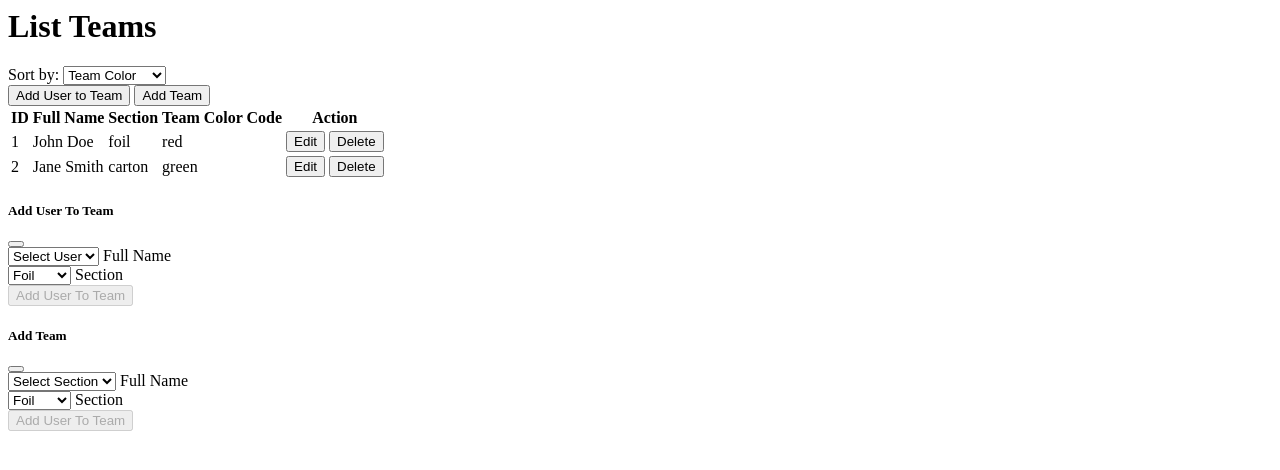
Repository: Daigtas/Shiftman
Page: partials/list-teams.html
An editor plug-in stored every save of this project. The page is shown before and after the next save, followed by the edit.
The browser window is 1280 px wide. The pictures show the whole page.

Above is the page before, as saved 2025-02-04 12:35:06.

After the next save:
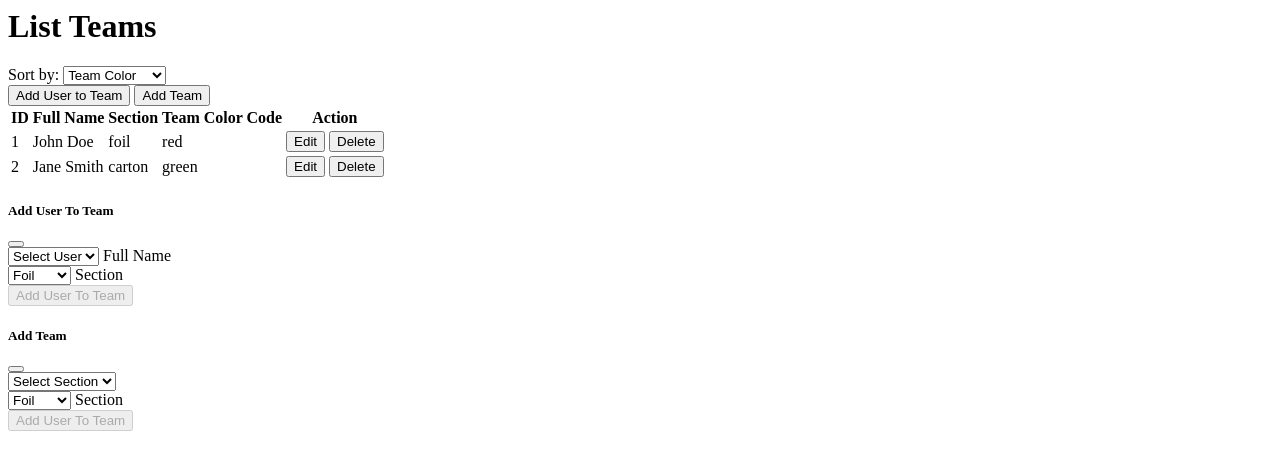
Saved 20 s later.
--- a/partials/list-teams.html
+++ b/partials/list-teams.html
@@ -101,7 +101,6 @@
                             <option value="Carton" data-translate-key="selectsectioncarton">Carton</option>
                             <!-- Add more options as needed -->
                         </select>
-                        <label for="userFullName" data-translate-key="fullname">Full Name</label>
                     </div>
                     <div class="form-floating mb-3">
                         <select class="form-select" id="section" required>
